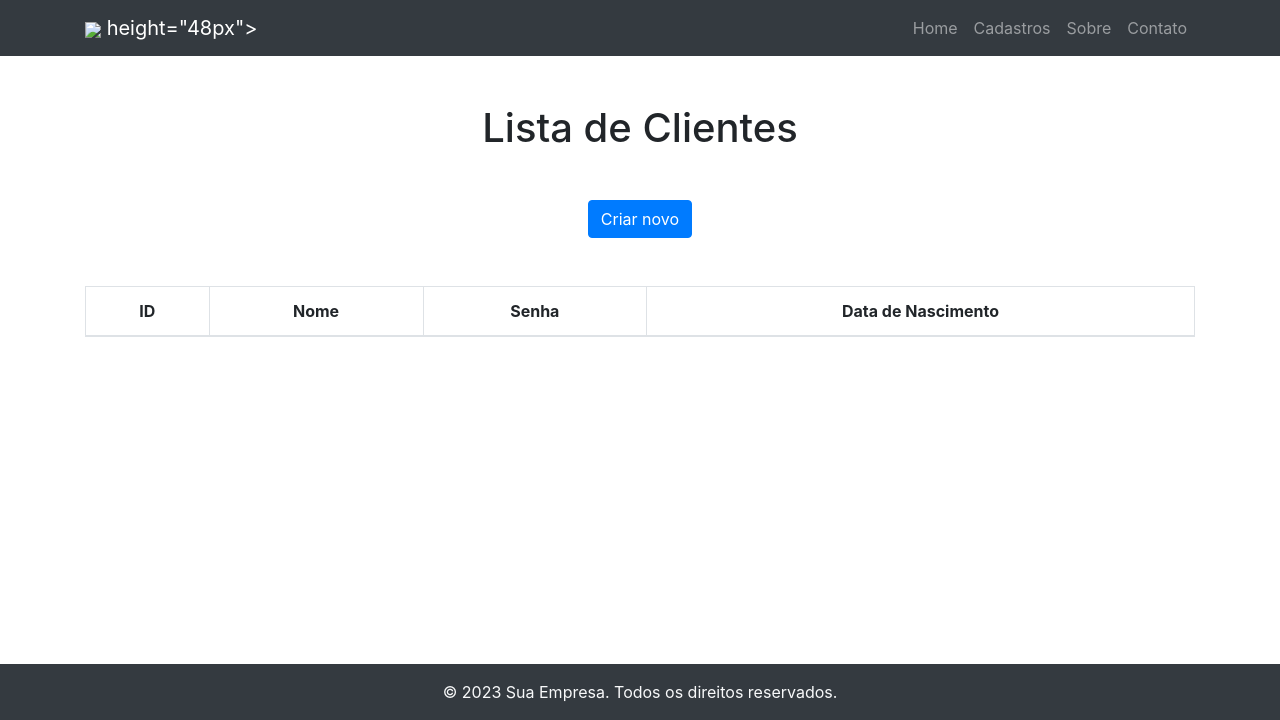
Repository: Vanessa2568/Atividade_Modulo4
Page: http://localhost/TurNE_crud/clientes.jsp
The author's editor kept a copy of each file at every save. The page is drawn from the files as they stood at one save, then again after the next save.
The browser window is 1280 px wide. The pictures show the whole page.
Some web libraries are served in a nearby version. The page is served by Tomcat 9. Other server files are loaded and not shown. The template is opened directly, without the code that normally fills it, so the values that code supplies are empty.

Above is the page before, as saved 2023-11-03 01:28:38.
Not found: TurNE_crud/TurNE_crud/icon/samurai.png

### TurNE_crud/src/main/webapp/clientes.jsp
<%@ page language="java" contentType="text/html; charset=UTF-8"
	pageEncoding="UTF-8"%>
<%@ taglib prefix="c" uri="http://java.sun.com/jsp/jstl/core"%>
<!DOCTYPE html>
<html>
<head>
<meta charset="UTF-8">
<title>Lista de Clientes</title>
<!-- Inclua o link para o Bootstrap via CDN -->
<link rel="stylesheet"
	href="https://maxcdn.bootstrapcdn.com/bootstrap/4.5.2/css/bootstrap.min.css">
</head>
<body class="text-center">
    <!-- Cabeçalho -->
    <header>
        <nav class="navbar navbar-expand-lg navbar-dark bg-dark text-light">
            <div class="container">
                <a class="navbar-brand" href="#"><img src="./icon/samurai.png"/> height="48px"></a>
                <button class="navbar-toggler" type="button" data-toggle="collapse" data-target="#navbarNav" aria-controls="navbarNav" aria-expanded="false" aria-label="Toggle navigation">
                    <span class="navbar-toggler-icon"></span>
                </button>
                <div class="collapse navbar-collapse" id="navbarNav">
                    <ul class="navbar-nav ml-auto">
                        <li class="nav-item">
                            <a class="nav-link" href="./index.html">Home</a>
                        </li>
                        <li class="nav-item">
                            <a class="nav-link" href="ReadController">Cadastros</a>
                        </li>
                        <li class="nav-item">
                            <a class="nav-link" href="#sobre">Sobre</a>
                        </li>
                        <li class="nav-item">
                            <a class="nav-link" href="#contato">Contato</a>
                        </li>
                    </ul>
                </div>
            </div>
        </nav>
    </header>
	<h1 class="mt-5">Lista de Clientes</h1>
	<div class="container mt-5">
	<a href="./cadastro.jsp" class="btn btn-primary mb-5">Criar novo</a>
		<table class="table table-bordered">
			<thead>
				<tr>
					<th>ID</th>
					<th>Nome</th>
					<th>Senha</th>
					<th>Data de Nascimento</th>
				</tr>
			</thead>
			<tbody>
				<c:forEach items="${clientes}" var="cliente">
					<tr>
						<td>${cliente.id}</td>
						<td>${cliente.nome}</td>
						<td>${cliente.senha}</td>
						<td>${cliente.dataNasc}</td>
<%-- 						<td>
<%-- 							<a href="UpdateController?id=${client.id}" class="btn btn-success">Editar</a> --%>
<%-- 							<a href="DeleteController?id=${client.id}" --%>
<%-- 							class="btn btn-danger">Excluir</a> --%>
<%-- 						</td> --%>
					</tr>
				</c:forEach>
			</tbody>
		</table>
	</div>
	 <!-- Rodapé -->
    <footer class="bg-dark text-light text-center py-3 fixed-bottom">
        &copy; 2023 Sua Empresa. Todos os direitos reservados.
    </footer>
	<!-- Inclua os scripts do Bootstrap via CDN -->
	<script src="https://code.jquery.com/jquery-3.5.1.slim.min.js"></script>
	<script
		src="https://cdn.jsdelivr.net/npm/@popperjs/core@2.5.3/dist/umd/popper.min.js"></script>
	<script
		src="https://maxcdn.bootstrapcdn.com/bootstrap/4.5.2/js/bootstrap.min.js"></script>

</body>
</html>

After the next save:
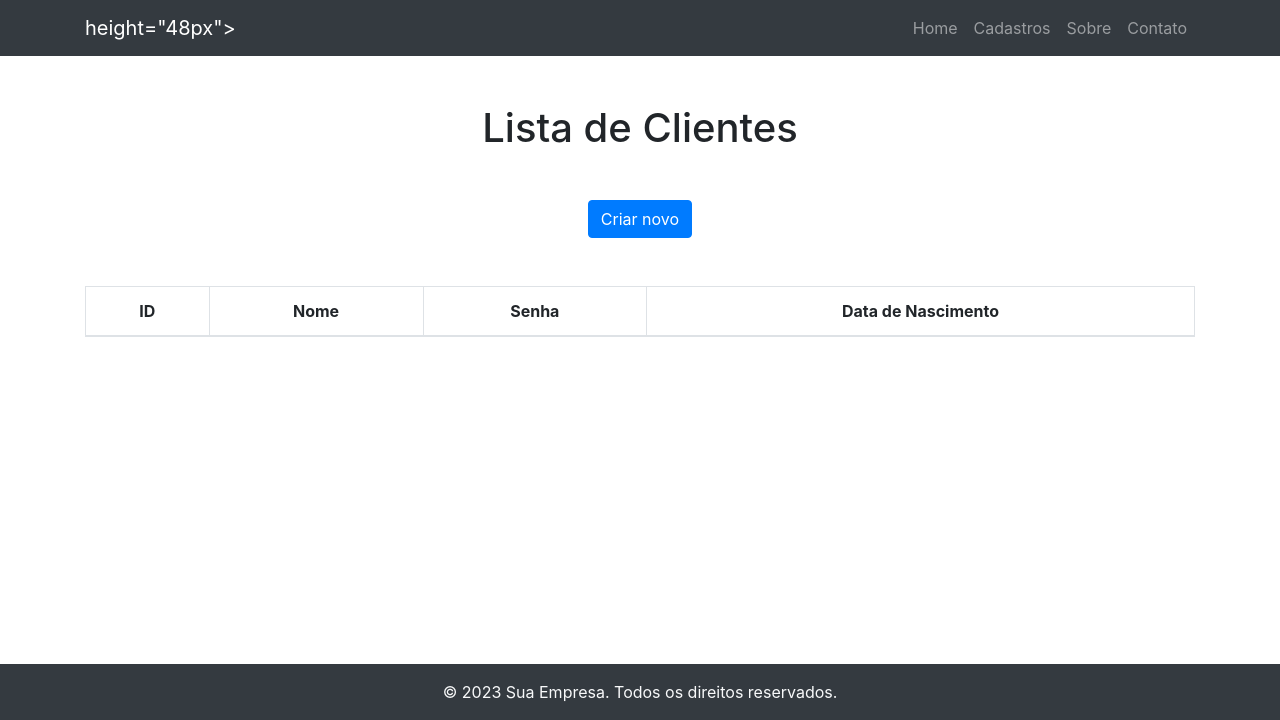
Saved 39 min 21 s later.
--- a/TurNE_crud/src/main/webapp/clientes.jsp
+++ b/TurNE_crud/src/main/webapp/clientes.jsp
@@ -15,7 +15,7 @@
     <header>
         <nav class="navbar navbar-expand-lg navbar-dark bg-dark text-light">
             <div class="container">
-                <a class="navbar-brand" href="#"><img src="./icon/samurai.png"/> height="48px"></a>
+                <a class="navbar-brand" href="#">height="48px"></a>
                 <button class="navbar-toggler" type="button" data-toggle="collapse" data-target="#navbarNav" aria-controls="navbarNav" aria-expanded="false" aria-label="Toggle navigation">
                     <span class="navbar-toggler-icon"></span>
                 </button>
